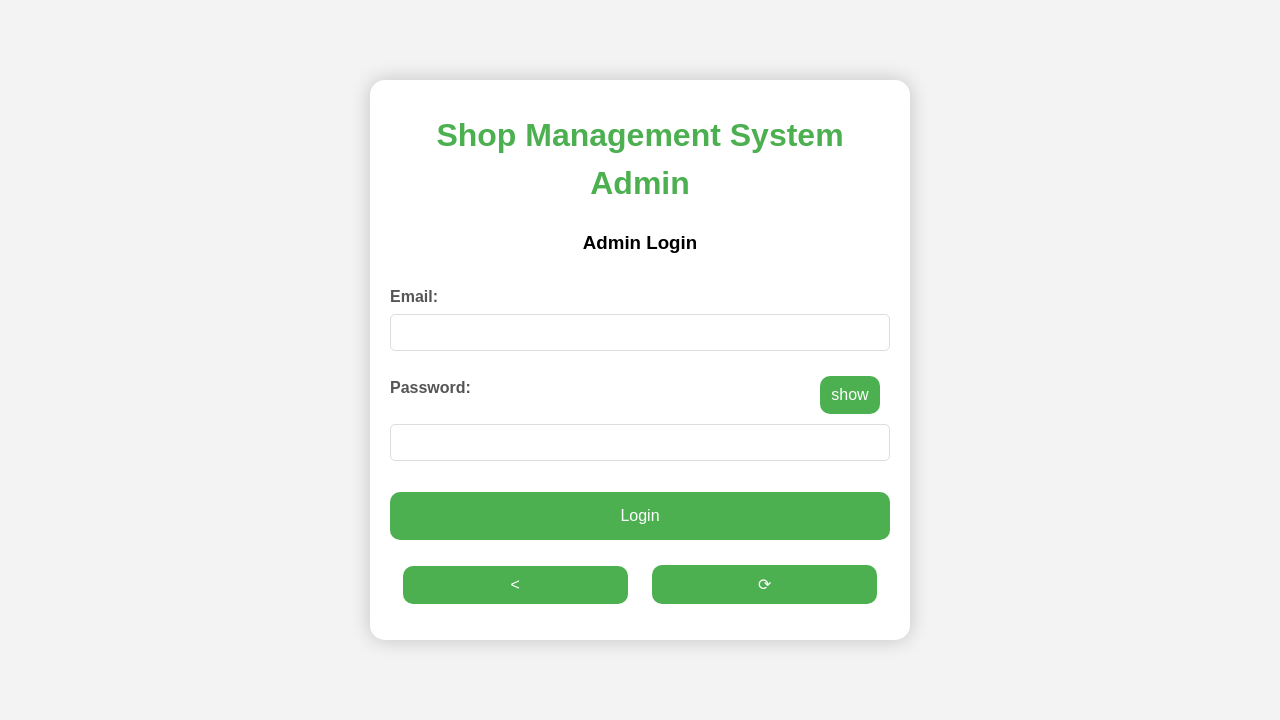
Repository: shamchiwade/GroceryNow
Page: http://localhost/ShopManagement/adminLogin.jsp
These files come from the project's save history. The page is drawn as it stood at one moment and after the next save; the edit follows.
The browser window is 1280 px wide. The pictures show the whole page.
The page is served by Tomcat 10. Nobody is signed in. The application's start-up code is not run.

Above is the page before, as saved 2024-10-09 22:47:20.

After the next save:
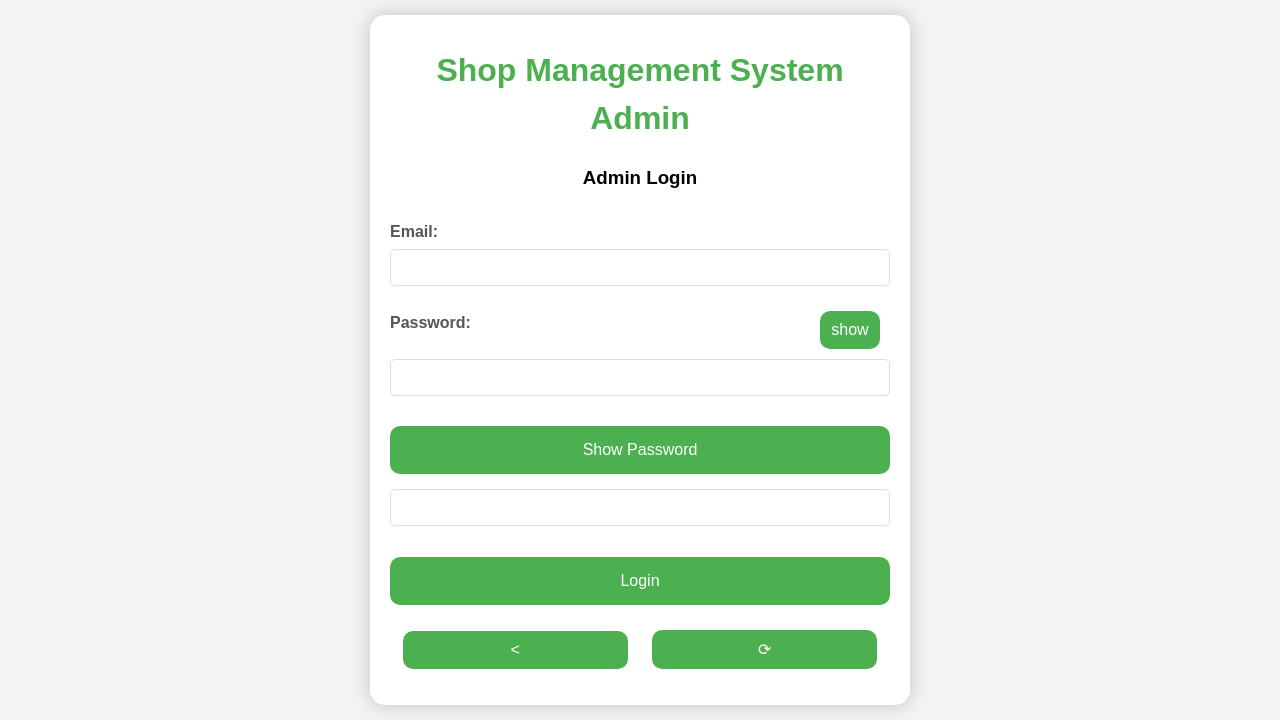
Saved 3 min 54 s later.
--- a/ShopManagement/src/main/webapp/adminLogin.jsp
+++ b/ShopManagement/src/main/webapp/adminLogin.jsp
@@ -111,6 +111,15 @@ button {
 				name="em" required> <label for="password">Password:</label>
 			<button class="pass" id="pass1"
 				onclick="showPass('password','pass1')" type="button">show</button>
+
+
+			<input type="password" id="password" name="password" required>
+			<button class="show-password" onclick="showPassword()">
+				<i class="eye-icon show-eye" aria-hidden="true"></i> <i
+					class="eye-icon hide-eye" aria-hidden="true"></i> Show Password
+			</button>
+
+
 			<input type="password" id="password" name="ps" required>
 			<p style="color: red;">${error}</p>
 			<button type="submit">Login</button>
